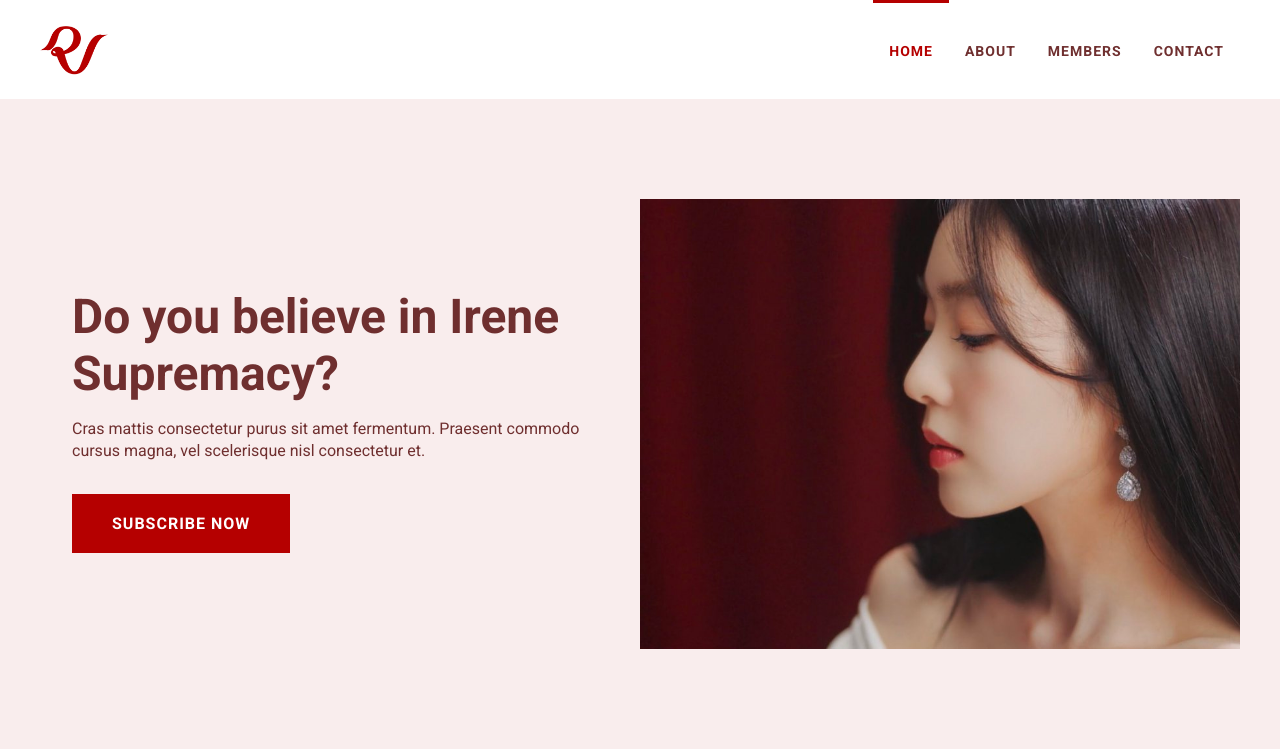
Repository: stillnotdavid/eternity-university
Page: app/index.html
The author's editor kept a copy of each file at every save. The page is drawn from the files as they stood at one save, then again after the next save.
The browser window is 1280 px wide. The pictures show the whole page.
The style sheet was rebuilt from its Sass, Less or Tailwind sources for each picture, by a compiler version that may differ from the author's.

Above is the page before, as saved 2021-12-03 23:35:24.

### app/index.html
<!doctype html>
<html class="no-js" lang="">

<head>
  <meta charset="utf-8">
  <meta name="description" content="">

  <meta name="viewport" content="width=device-width, initial-scale=1, shrink-to-fit=no">
  <title>Red Velvet Fansite</title>
  <link rel="apple-touch-icon" href="apple-touch-icon.png">
  <!-- Place favicon.ico in the root directory -->
  <!-- build:css styles/vendor.css -->
  <!-- endbuild -->
  <!-- build:css styles/main.css -->
  <link rel="stylesheet" href="styles/main.css">
  <!-- endbuild -->
  <!-- build:js scripts/modernizr.js -->
  <script src="scripts/modernizr.js"></script>
  <!-- endbuild -->
</head>

<body>
  <!--[if IE]>
      <p class="browserupgrade">You are using an <strong>outdated</strong> browser. Please <a href="http://browsehappy.com/">upgrade your browser</a> to improve your experience.</p>
    <![endif]-->
  <header class="header">
    <div class="container header__container">
      <a class="header__logo" href="#"><img class="header__logo-image" src="images/logo.png"
          alt="Red Velvet Logo" /></a>
      <nav class="header__nav">
        <ul class="header__nav-links">
          <li class="header__nav-item">
            <a class="header__nav-link header__nav-link--active" href="">Home</a>
          </li>
          <li class="header__nav-item">
            <a class="header__nav-link" href="">About</a>
          </li>
          <li class="header__nav-item">
            <a class="header__nav-link" href="">Members</a>
          </li>
          <li class="header__nav-item">
            <a class="header__nav-link" href="">Contact</a>
          </li>
        </ul>
      </nav>
    </div>
  </header>
  <section class="hero">
    <div class="container hero__container">
      <div class="hero__cta">
        <h1>Do you believe in Irene Supremacy?</h1>
        <p>Cras mattis consectetur purus sit amet fermentum. Praesent commodo cursus magna, vel scelerisque nisl
          consectetur et.</p>
        <a class="button-primary" href="">Subscribe Now</a>
      </div>
      <div class="hero__image">
      </div>
    </div>
  </section>

  <!-- build:js scripts/vendor.js -->
  <!-- endbuild -->
  <!-- build:js scripts/main.js -->
  <script src="scripts/main.js"></script>
  <!-- endbuild -->
</body>

</html>

### app/styles/main.scss
@import 'partials/colors';
@import 'partials/spacing';
@import 'partials/typography';

@import 'components/button';
@import 'components/header';
@import 'components/hero';


* {
  box-sizing: border-box;
}

html,
body {
  padding: 0;
  margin: 0;
}

.container {
  display: flex;
  width: 1200px;
  max-width: 1200px;
  margin: 0 auto;
}

### app/styles/partials/_colors.scss
$color-primary: #B50000;
$color-secondary: #6F2F2F;

$background-primary: #F9EDED;

### app/styles/partials/_spacing.scss
$spacing-xsmall: 2px;
$spacing-small: 4px;
$spacing-medium: 8px;
$spacing-large: 16px;
$spacing-xlarge: 32px;

### app/styles/partials/_typography.scss
@import url('https://fonts.googleapis.com/css2?family=Roboto:wght@400;500;700&display=swap');


body,
html {
  font-family: 'Roboto', sans-serif;
}


$font-small: 14px;
$font-medium: 16px;
$font-large: 18px;
$font-xxxlarge: 48px;

$font-regular: 400;
$font-medium: 500;
$font-bold: 700;


h1 {
  font-size: $font-xxxlarge;
  font-weight: $font-bold;
  color: $color-secondary;
  margin: $spacing-medium 0;
}

p {
  font-size: $font-medium;
  color: $color-secondary;
  line-height: 22px;
}

### app/styles/components/_button.scss
.button-primary {
  display: inline-block;
  background-color: $color-primary;
  padding: 20px 40px;
  text-decoration: none;
  color: white;
  font-size: $font-medium;
  font-weight: $font-bold;
  text-transform: uppercase;
  letter-spacing: 1px;
  margin: $spacing-large 0;
}

### app/styles/components/_header.scss
$_logo-height: 50px;


.header {

  &__container {
    justify-content: space-between;
  }

  &__logo {
    display: flex;
    align-items: center;

    &-image {
      height: $_logo-height;
    }
  }

  &__nav {

    &-links {
      display: flex;
      list-style-type: none;
      padding: 0;
      margin: 0;
    }

    &-item {
      display: flex;
    }

    &-link {
      padding: 40px $spacing-large;
      text-decoration: none;
      color: $color-secondary;
      text-transform: uppercase;
      font-size: $font-small;
      font-weight: $font-bold;
      letter-spacing: 1px;
      border-top: 3px solid transparent;

      &:hover,
      &--active {
        color: $color-primary;
        border-top: 3px solid $color-primary;
      }
    }
  }
}

### app/styles/components/_hero.scss
$_hero-height: 650px;

.hero {
  height: $_hero-height;
  background: $background-primary;
  display: flex;

  &__container {
    align-items: center;
  }

  &__cta {
    flex: 0 0 50%;
    padding: $spacing-xlarge;
  }

  &__image {
    flex: 0 0 50%;
    height: 450px;
    background-image: url('../../images/hero.jpeg');
    background-size: cover;
  }
}

Loaded but not shown: app/scripts/main.js (common file)

After the next save:
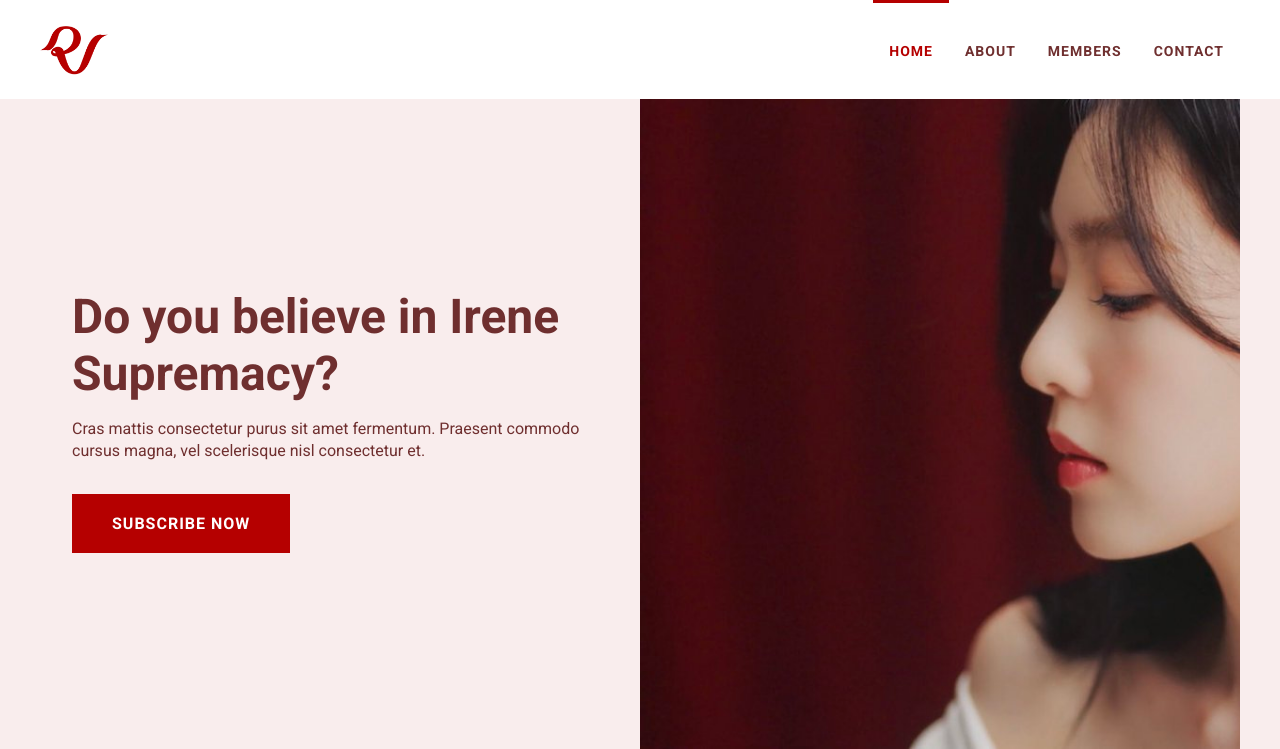
Saved 9 s later.
--- a/app/styles/components/_hero.scss
+++ b/app/styles/components/_hero.scss
@@ -16,7 +16,7 @@
 
   &__image {
     flex: 0 0 50%;
-    height: 450px;
+    height: 100%;
     background-image: url('../../images/hero.jpeg');
     background-size: cover;
   }
